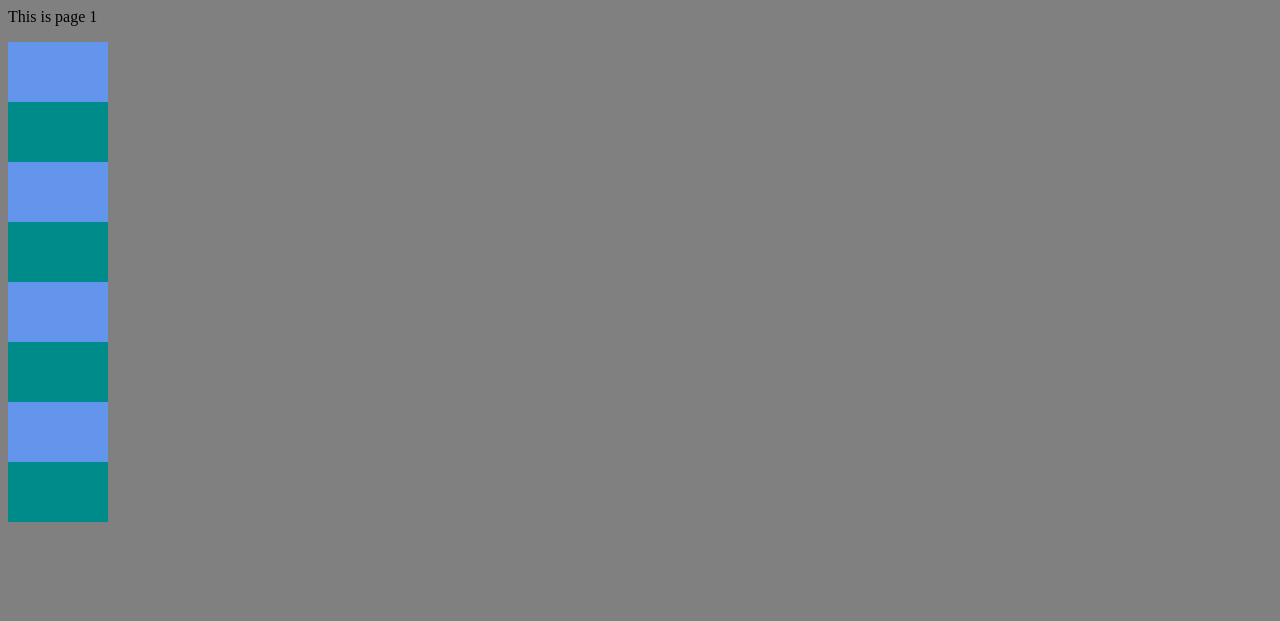
Repository: hanj291/hanj291.github.io
Page: page1.html
The author's editor kept a record of every edit. The page is drawn from the files as they stood at one moment, then again after the next edit.
The browser window is 1280 px wide. The pictures show the whole page.

Above is the page before.

After the next edit:
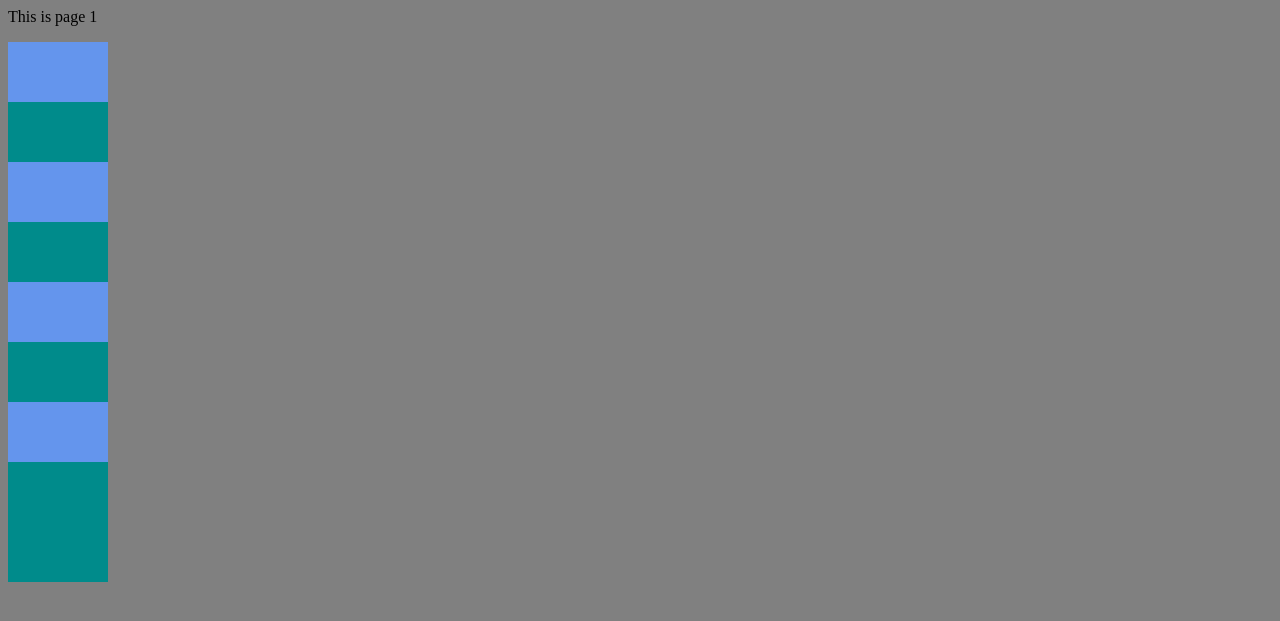
The edit:
--- a/page1css.css
+++ b/page1css.css
@@ -82,3 +82,12 @@ body {
 .nine:hover {
     background-color: #008B8B;
 }
+.ten {
+    width: 100px;
+    height: 60px;
+    background-color: #008B8B;
+    position: relative;
+}
+.eight:hover {
+    background-color: #6495ED;
+}
